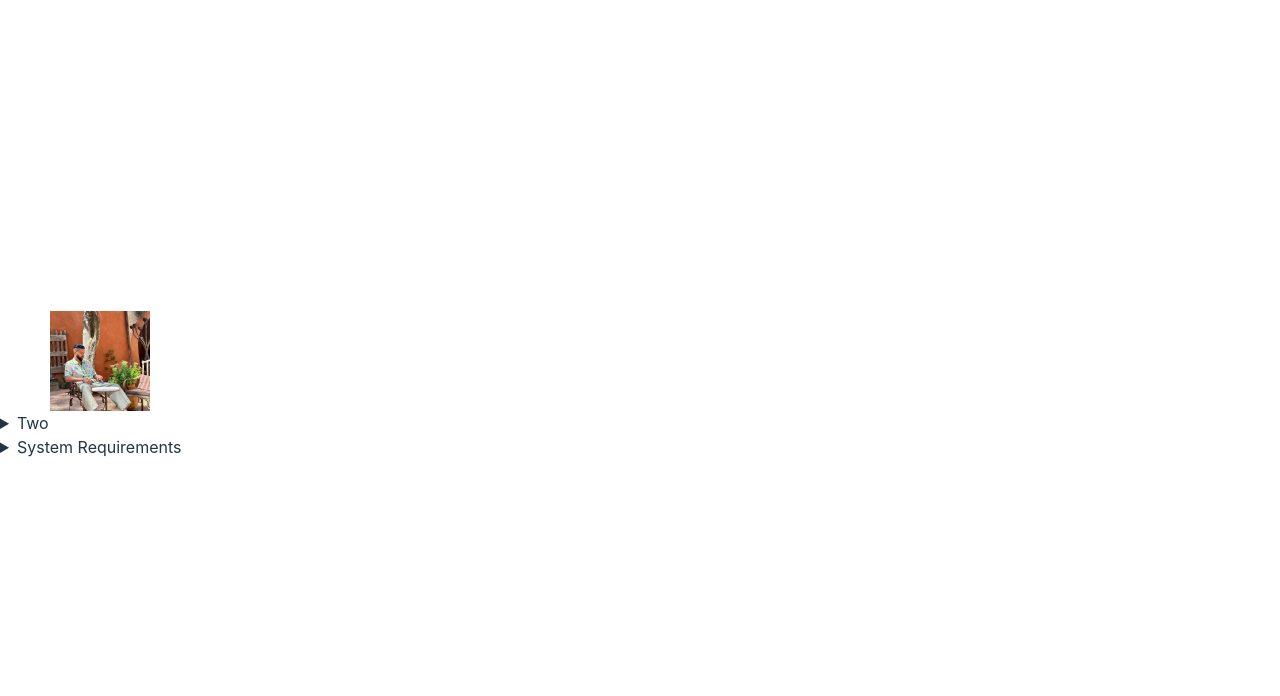
Repository: GavinPahal/my_app
Page: / (app in react/)
These files come from the project's save history. The page is drawn as it stood at one moment and after the next save; the edit follows.
The browser window is 1280 px wide. The pictures show the whole page.
The project was rebuilt for these pictures with package versions that can differ from the ones it lists, and the page was loaded fresh each time. Also part of the build but not shown: react/vite.config.js.

Above is the page before, as saved 2024-09-14 10:50:07.

### react/src/App.jsx
import { useState } from 'react'
import ap from '/Untitled-34.jpg'
import './App.css'

function App() {
  const [count, setCount] = useState(0)

  return (
    <>
    <img src={ap} alt="Vite logo" className="image" width={100} height={100}/>

      <details name="reqs">
  <summary>Two</summary>
  <ol>
    <li>All Night(Live)</li>
    <li>Hills</li>
    <li>SummerHigh</li>
    <li>Wo Noor</li>
    <li>Dil Nu</li>
  </ol>
</details>
<details name="reqs">
  <summary>System Requirements</summary>
  <ol>
    <li>All Night</li>
    <li> hills</li>
  </ol>
</details>


    </>
  )
}

export default App

### react/src/App.css
.image{
  display: flex;
  padding-left: 50px;
  padding-top: 50px;
}


.album{
display: flex;
flex-direction: column;
justify-content:center;
}

.card{
  display: flex;
  justify-content: center;
  flex-direction: column;

}

Loaded but not shown: react/index.html (common file); react/src/main.jsx (common file); react/src/index.css (common file)

After the next save:
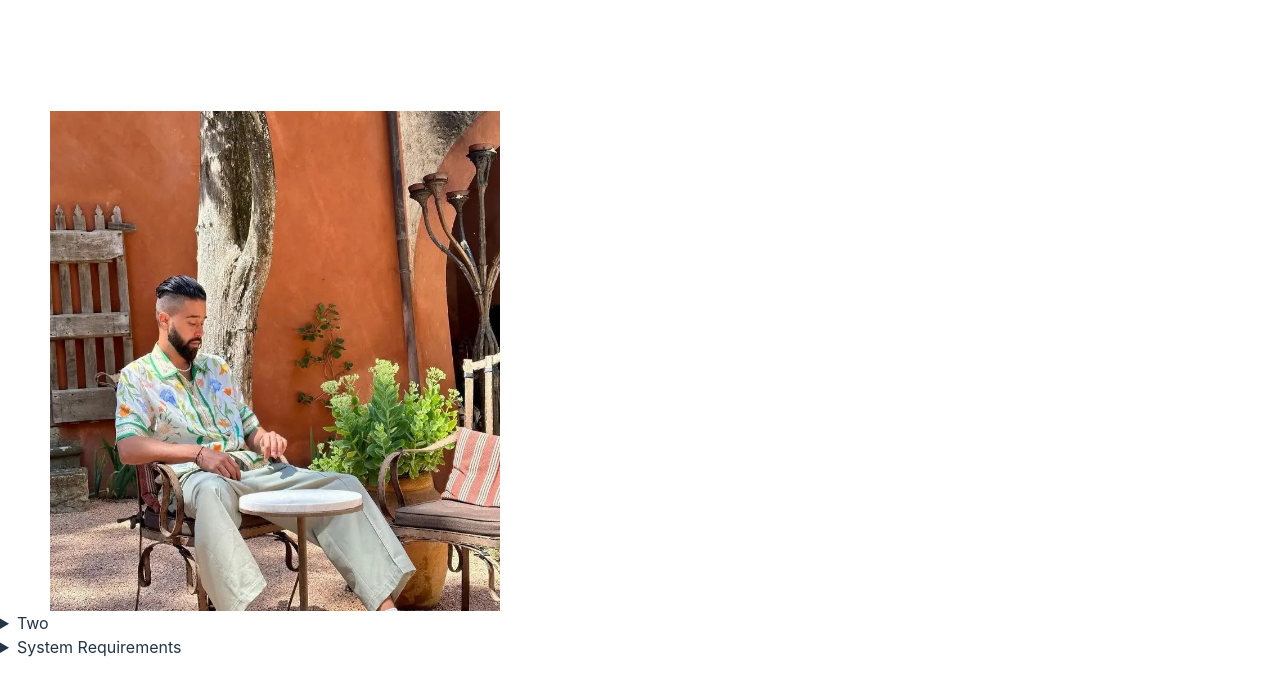
Saved 16 s later.
--- a/react/src/App.jsx
+++ b/react/src/App.jsx
@@ -7,7 +7,7 @@
 
   return (
     <>
-    <img src={ap} alt="Vite logo" className="image" width={100} height={100}/>
+    <img src={ap} alt="Vite logo" className="image" width={450} height={500}/>
 
       <details name="reqs">
   <summary>Two</summary>
